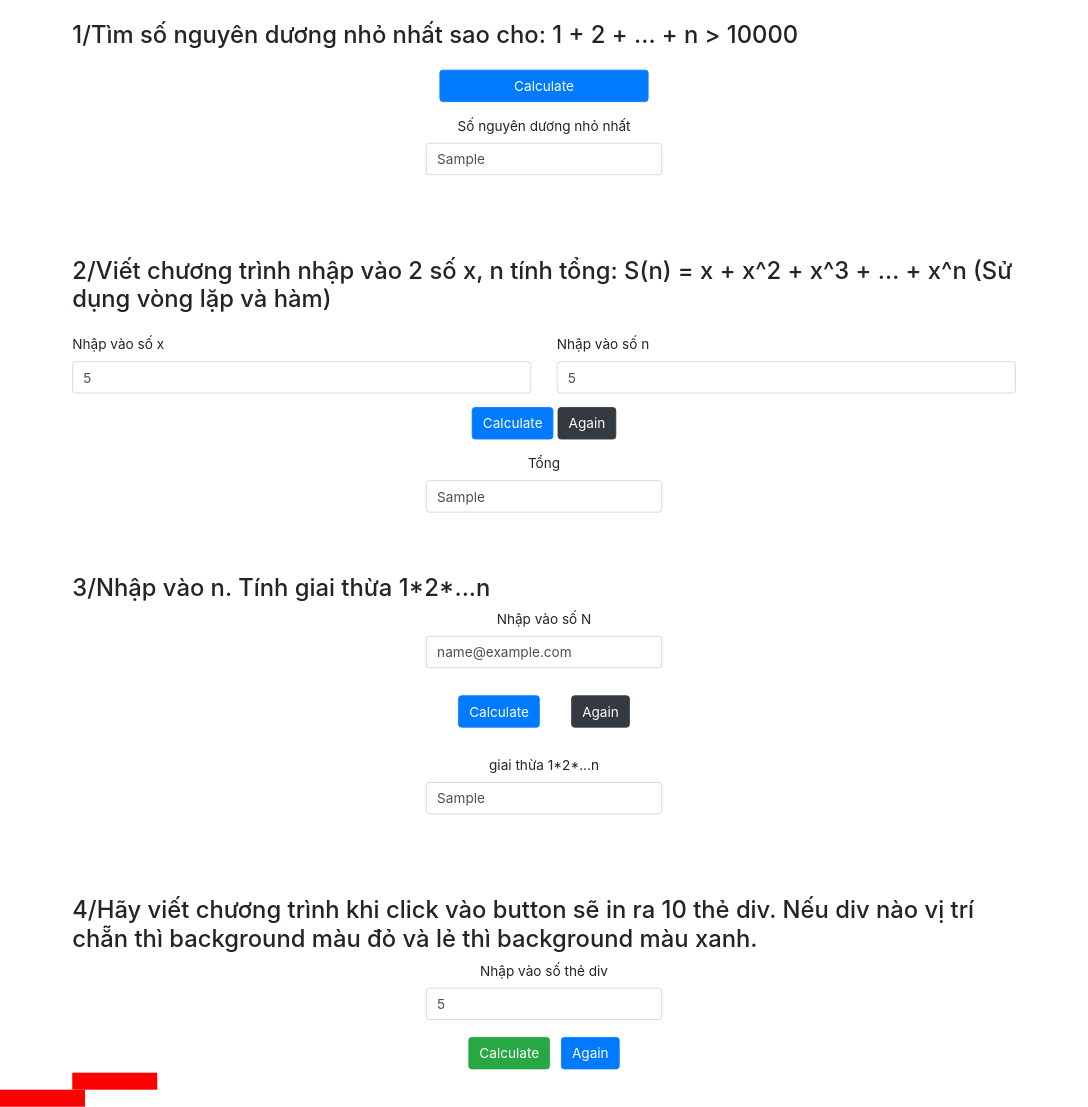
Repository: baobaodeveloper/bootcamp21__loop__HuynhAnhBao
Page: index.html
An editor plug-in stored every save of this project. The page is shown before and after the next save, followed by the edit.
The browser window is 1280 px wide. The pictures show the whole page, at 85% of full size.
Empty fields were first filled with sample values (such as "Sample", 5 or name@example.com).
After loading, the first visible `#creat-div` was clicked once.

Above is the page before, as saved 2022-03-17 19:31:55.

### index.html
<!DOCTYPE html>
<html lang="en">
  <head>
    <title>Exercise Js</title>
    <!-- Required meta tags -->
    <meta charset="utf-8" />
    <meta
      name="viewport"
      content="width=device-width, initial-scale=1, shrink-to-fit=no"
    />

    <!-- Bootstrap CSS -->
    <link
      rel="stylesheet"
      href="https://stackpath.bootstrapcdn.com/bootstrap/4.3.1/css/bootstrap.min.css"
      integrity="sha384-ggOyR0iXCbMQv3Xipma34MD+dH/1fQ784/j6cY/iJTQUOhcWr7x9JvoRxT2MZw1T"
      crossorigin="anonymous"
    />
  </head>
  <body>
    <!--1/Tìm số nguyên dương nhỏ nhất sao cho:
    1 + 2 + … + n > 10000-->
    <div class="container mt-4">
      <h3>1/Tìm số nguyên dương nhỏ nhất sao cho: 1 + 2 + … + n > 10000</h3>
      <div class="mb-3 flex-md-column d-flex w-25 m-auto text-center">
        <button type="button" id="min-number" class="btn btn-primary m-3">
          Calculate
        </button>
        <label class="form-label">Số nguyên dương nhỏ nhất</label>
        <input
          type="text"
          class="form-control"
          id="result1"
          placeholder="Số nguyên dương nhỏ nhất"
        />
      </div>
    </div>

    <!--2/Viết chương trình nhập vào 2 số x, n tính tổng: S(n) = x + x^2 + x^3 + … + x^n (Sử
    dụng vòng lặp và hàm)-->
    <div class="container mt-5 pt-5">
      <h3>
        2/Viết chương trình nhập vào 2 số x, n tính tổng: S(n) = x + x^2 + x^3 +
        … + x^n (Sử dụng vòng lặp và hàm)
      </h3>
      <div class="row mt-4">
        <div class="col">
          <label class="form-label">Nhập vào số x</label>
          <input
            type="number"
            class="form-control"
            placeholder="Enter number x"
            id="number-x"
          />
        </div>
        <div class="col">
          <label class="form-label">Nhập vào số n</label>
          <input
            type="number"
            class="form-control"
            placeholder="Enter number n"
            id="number-n"
          />
        </div>
      </div>

      <div class="m-3 text-center">
        <button type="button" id="calculate-sum" class="btn btn-primary">
          Calculate
        </button>
        <button type="button" id="calculate-sum-again" class="btn btn-dark">
          Again
        </button>
      </div>

      <div class="w-25 m-auto text-center">
        <label class="form-label">Tổng</label>
        <input
          type="text"
          class="form-control"
          id="result2"
          placeholder="Sum"
        />
      </div>
    </div>

    <!--3/Nhập vào n. Tính giai thừa 1*2*...n-->
    <div class="container mt-4 pt-5">
      <h3>3/Nhập vào n. Tính giai thừa 1*2*...n</h3>
      <div class="w-25 m-auto text-center">
        <label class="form-label">Nhập vào số N</label>
        <input
          type="email"
          class="form-control"
          id="num-enter"
          placeholder="Enter number n"
        />
      </div>
      <div class="mb-3 flex-md-column d-flex w-25 m-auto text-center">
        <div class="m-3">
          <button
            type="button"
            id="calculate-num-n"
            class="btn btn-primary m-3"
          >
            Calculate
          </button>
          <button
            type="button"
            id="calculate-num-n-again"
            class="btn btn-dark m-3"
          >
            Again
          </button>
        </div>
        <label class="form-label">giai thừa 1*2*...n</label>
        <input
          type="text"
          class="form-control"
          id="result3"
          placeholder="giai thừa 1*2*...n"
        />
      </div>
    </div>

    <!--4/Hãy viết chương trình khi click vào button sẽ in ra 10 thẻ div. Nếu div nào vị trí chẵn thì
    background màu đỏ và lẻ thì background màu xanh.-->
    <div class="container mt-5 pt-5">
      <h3>
        4/Hãy viết chương trình khi click vào button sẽ in ra 10 thẻ div. Nếu
        div nào vị trí chẵn thì background màu đỏ và lẻ thì background màu xanh.
      </h3>
      <div class="mb-3 flex-md-column d-flex w-25 m-auto text-center">
        <label class="form-label">Nhập vào số thẻ div</label>
        <input
          type="number"
          class="form-control"
          id="number-div"
          placeholder="Nhập vào số thẻ div"
        />
      </div>
      <div class="text-center mt-3">
        <button type="button" id="creat-div" class="btn btn-success m-1">
          Calculate
        </button>
        <button type="button" id="creat-div-again" class="btn btn-primary m-1">
          Again
        </button>
      </div>
      <div id="result4"></div>
    </div>
    <div style="height: 20px; width: 100px; background-color: red"></div>

    <!-- Optional JavaScript -->
    <!-- jQuery first, then Popper.js, then Bootstrap JS -->
    <script
      src="https://code.jquery.com/jquery-3.3.1.slim.min.js"
      integrity="sha384-q8i/X+965DzO0rT7abK41JStQIAqVgRVzpbzo5smXKp4YfRvH+8abtTE1Pi6jizo"
      crossorigin="anonymous"
    ></script>
    <script
      src="https://cdnjs.cloudflare.com/ajax/libs/popper.js/1.14.7/umd/popper.min.js"
      integrity="sha384-UO2eT0CpHqdSJQ6hJty5KVphtPhzWj9WO1clHTMGa3JDZwrnQq4sF86dIHNDz0W1"
      crossorigin="anonymous"
    ></script>
    <script
      src="https://stackpath.bootstrapcdn.com/bootstrap/4.3.1/js/bootstrap.min.js"
      integrity="sha384-JjSmVgyd0p3pXB1rRibZUAYoIIy6OrQ6VrjIEaFf/nJGzIxFDsf4x0xIM+B07jRM"
      crossorigin="anonymous"
    ></script>

    <!-- <script src="exercise1.js"></script> -->
    <!-- <script src="exercise2.js"></script> -->
    <!-- <script src="exercise3.js"></script> -->
    <script src="exercise4.js"></script>
  </body>
</html>

### exercise4.js
const numDiv = document.getElementById("number-div");
const result4 = document.getElementById("result4");

document.getElementById("creat-div").addEventListener("click", () => {
  if (!numDiv.value) return;

  const numDivValue = +numDiv.value;

  for (let i = 1; i <= numDivValue; i++) {
    if (i % 2 === 0) {
      result4.innerHTML = `   <div style="height: 20px; width: 100px; background-color: red"></div>`;
    }
  }
});

After the next save:
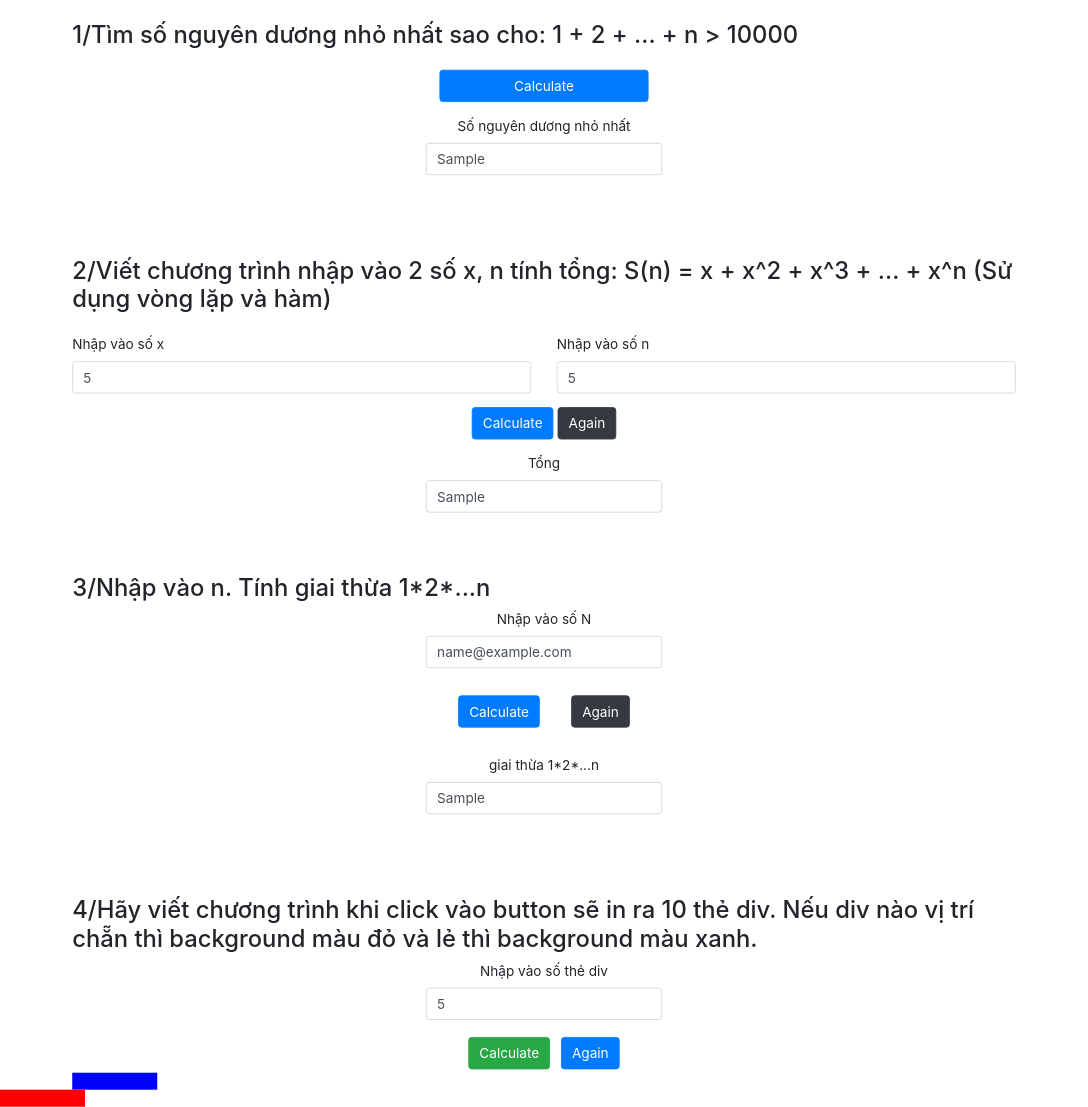
Saved 22 s later.
--- a/exercise4.js
+++ b/exercise4.js
@@ -9,6 +9,8 @@ document.getElementById("creat-div").addEventListener("click", () => {
   for (let i = 1; i <= numDivValue; i++) {
     if (i % 2 === 0) {
       result4.innerHTML = `   <div style="height: 20px; width: 100px; background-color: red"></div>`;
+    } else {
+      result4.innerHTML = `   <div style="height: 20px; width: 100px; background-color: blue"></div>`;
     }
   }
 });
